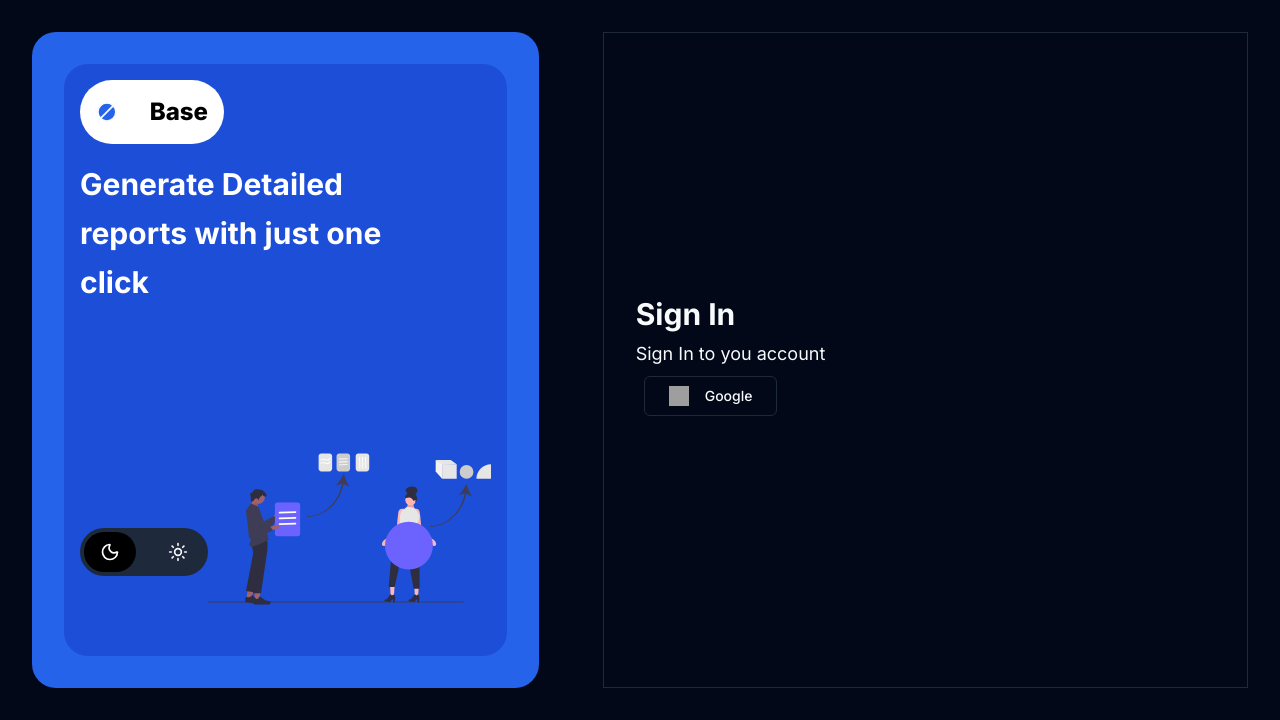
Repository: Hardyy00/openinapp_assignment
Page: /
The author's editor kept a copy of each file at every save. The page is drawn from the files as they stood at one save, then again after the next save.
The browser window is 1280 px wide. The pictures show the whole page.
Pictures or frames that could not be fetched are drawn as grey boxes. The project was rebuilt for these pictures with package versions that can differ from the ones it lists, and the page was loaded fresh each time. The framework's server and built-in components were replaced by stand-ins that run in the browser. Also part of the build but not shown: next.config.mjs.

Above is the page before, as saved 2024-08-23 16:34:39.

### app/layout.tsx
import type { Metadata } from "next";
import { Inter } from "next/font/google";
import "./globals.css";
import { ThemeProvider } from "@/components/theme-provider";
import { Switcher } from "./_components/switcher";

const inter = Inter({ subsets: ["latin"] });

export const metadata: Metadata = {
  title: "Create Next App",
  description: "Generated by create next app",
};

export default function RootLayout({
  children,
}: Readonly<{
  children: React.ReactNode;
}>) {
  return (
    <html lang="en">
      <body className={inter.className}>
        <ThemeProvider
          attribute="class"
          defaultTheme="system"
          storageKey="base"
        >
          <Switcher />
          {children}
        </ThemeProvider>
      </body>
    </html>
  );
}

### app/(auth)/layout.tsx
import { ThemeToggle } from "@/components/theme-toggle";
import { CircleSlash2 } from "lucide-react";
import Image from "next/image";
import { Intro } from "./_components/intro";
import { Navbar } from "./_components/navbar";

export default function Layout({ children }: { children: React.ReactNode }) {
  return (
    <div className="h-full w-full">
      <Navbar />
      <div className="w-full h-full flex flex-col lg:flex-row">
        <Intro />

        <div className="flex-[0.7]">{children}</div>
      </div>
    </div>
  );
}

### app/(auth)/page.tsx
import { Button } from "@/components/ui/button";
import Image from "next/image";

export default function Page() {
  return (
    <div className="h-full p-8">
      <div className="p-8 border h-full flex items-center">
        <div className="flex flex-col gap-x-4 w-[30rem]">
          <div className="space-y-2">
            <h1 className="text-foreground font-bold text-3xl">Sign In</h1>
            <p className="text-lg">Sign In to you account</p>
          </div>

          <div className="flex p-2">
            <Button
              className="flex items-center py-2 px-6 border space-x-4"
              variant={"ghost"}
            >
              <div className="w-5 h-5 relative">
                <Image src={"/google.svg"} alt="svg" fill />
              </div>

              <div>
                <p>Google</p>
              </div>
            </Button>
            <div className=""></div>
          </div>
        </div>
      </div>
    </div>
  );
}

### app/globals.css
@tailwind base;
@tailwind components;
@tailwind utilities;

html,
body,
:root {
  height: 100%;
}

::-webkit-scrollbar {
  display: none;
}

@layer base {
  :root {
    --background: 0 0% 100%;
    --foreground: 222.2 84% 4.9%;
    --card: 0 0% 100%;
    --card-foreground: 222.2 84% 4.9%;
    --popover: 0 0% 100%;
    --popover-foreground: 222.2 84% 4.9%;
    --primary: 222.2 47.4% 11.2%;
    --primary-foreground: 210 40% 98%;
    --secondary: 210 40% 96.1%;
    --secondary-foreground: 222.2 47.4% 11.2%;
    --muted: 210 40% 96.1%;
    --muted-foreground: 215.4 16.3% 46.9%;
    --accent: 210 40% 96.1%;
    --accent-foreground: 222.2 47.4% 11.2%;
    --destructive: 0 84.2% 60.2%;
    --destructive-foreground: 210 40% 98%;
    --border: 214.3 31.8% 91.4%;
    --input: 214.3 31.8% 91.4%;
    --ring: 222.2 84% 4.9%;
    --radius: 0.5rem;
    --chart-1: 12 76% 61%;
    --chart-2: 173 58% 39%;
    --chart-3: 197 37% 24%;
    --chart-4: 43 74% 66%;
    --chart-5: 27 87% 67%;
  }

  .dark {
    --background: 222.2 84% 4.9%;
    --foreground: 210 40% 98%;
    --card: 222.2 84% 4.9%;
    --card-foreground: 210 40% 98%;
    --popover: 222.2 84% 4.9%;
    --popover-foreground: 210 40% 98%;
    --primary: 210 40% 98%;
    --primary-foreground: 222.2 47.4% 11.2%;
    --secondary: 217.2 32.6% 17.5%;
    --secondary-foreground: 210 40% 98%;
    --muted: 217.2 32.6% 17.5%;
    --muted-foreground: 215 20.2% 65.1%;
    --accent: 217.2 32.6% 17.5%;
    --accent-foreground: 210 40% 98%;
    --destructive: 0 62.8% 30.6%;
    --destructive-foreground: 210 40% 98%;
    --border: 217.2 32.6% 17.5%;
    --input: 217.2 32.6% 17.5%;
    --ring: 212.7 26.8% 83.9%;
    --chart-1: 220 70% 50%;
    --chart-2: 160 60% 45%;
    --chart-3: 30 80% 55%;
    --chart-4: 280 65% 60%;
    --chart-5: 340 75% 55%;
  }
}

@layer base {
  * {
    @apply border-border;
  }
  body {
    @apply bg-background text-foreground;
  }
}

### app/_components/switcher.tsx
"use client";

import { useTheme } from "next-themes";
import { useEffect } from "react";
import { useMediaQuery } from "usehooks-ts";

export const Switcher: React.FC = () => {
  const { setTheme } = useTheme();
  const matches = useMediaQuery("(max-width:1024px)");

  useEffect(() => {
    if (matches) {
      setTheme("light");
    } else {
      setTheme("dark");
    }
  }, [matches, setTheme]);
  return null;
};

### app/(auth)/_components/intro.tsx
import { ThemeToggle } from "@/components/theme-toggle";
import { CircleSlash2 } from "lucide-react";
import Image from "next/image";

export const Intro: React.FC = () => {
  return (
    <div className="flex-[0.5] p-8 hidden lg:block">
      <div className="p-8 bg-blue-600 h-full rounded-3xl">
        <div className="p-4 bg-blue-700 h-full rounded-3xl flex flex-col gap-y-4 justify-between">
          <div className="p-4 flex items-center bg-white rounded-full w-[9rem] space-x-8">
            <CircleSlash2 className="stroke-white-600 fill-blue-600 h-7 w-7" />
            <h1 className="text-black font-extrabold text-2xl ">Base</h1>
          </div>

          <div className="w-[80%]">
            <p className="text-3xl font-bold text-wrap leading-relaxed text-white">
              Generate Detailed reports with just one click
            </p>
          </div>

          <div className=" flex h-[24rem]">
            <div className="flex-[0.3] self-end pb-16">
              <ThemeToggle className="w-[8rem]" />
            </div>
            <div className="flex-1 h-[70%] self-end  relative">
              {/* <div className="h-[70%]"> */}
              {/* <div className=" relative h-[70%] "> */}
              <Image src={"/auth.svg"} fill alt="svg" />
              {/* </div> */}
              {/* </div> */}
            </div>
          </div>
        </div>
      </div>
    </div>
  );
};

### app/(auth)/_components/navbar.tsx
import { CircleSlash2 } from "lucide-react";

export const Navbar: React.FC = () => {
  return (
    <div className="lg:hidden sticky top-0 bg-blue-600 text-black p-4">
      <div className="flex">
        <CircleSlash2 className="fill-white stroke-blue-600 h-8 w-8" />
      </div>
    </div>
  );
};

### components/ui/button.tsx
import * as React from "react";
import { Slot } from "@radix-ui/react-slot";
import { cva, type VariantProps } from "class-variance-authority";

import { cn } from "@/lib/utils";

const buttonVariants = cva(
  "inline-flex items-center justify-center whitespace-nowrap rounded-md text-sm font-medium ring-offset-background transition-colors focus-visible:outline-none focus-visible:ring-2 focus-visible:ring-ring focus-visible:ring-offset-2 disabled:pointer-events-none disabled:opacity-50",
  {
    variants: {
      variant: {
        primary: "bg-blue-600 text-primary-foreground",
        default: "bg-primary text-primary-foreground hover:bg-primary/90",
        destructive:
          "bg-destructive text-destructive-foreground hover:bg-destructive/90",
        outline:
          "border border-input bg-background hover:bg-accent hover:text-accent-foreground",
        secondary:
          "bg-secondary text-secondary-foreground hover:bg-secondary/80",
        ghost: "hover:bg-accent hover:text-accent-foreground",
        link: "text-primary underline-offset-4 hover:underline",
      },
      size: {
        default: "h-10 px-4 py-2",
        sm: "h-9 rounded-md px-3",
        lg: "h-11 rounded-md px-8",
        icon: "h-10 w-10",
      },
    },
    defaultVariants: {
      variant: "default",
      size: "default",
    },
  }
);

export interface ButtonProps
  extends React.ButtonHTMLAttributes<HTMLButtonElement>,
    VariantProps<typeof buttonVariants> {
  asChild?: boolean;
}

const Button = React.forwardRef<HTMLButtonElement, ButtonProps>(
  ({ className, variant, size, asChild = false, ...props }, ref) => {
    const Comp = asChild ? Slot : "button";
    return (
      <Comp
        className={cn(buttonVariants({ variant, size, className }))}
        ref={ref}
        {...props}
      />
    );
  }
);
Button.displayName = "Button";

export { Button, buttonVariants };

### components/theme-toggle.tsx
"use client";

import { Moon, Sun } from "lucide-react";
import { useTheme } from "next-themes";
import { Button } from "./ui/button";
import { cn } from "@/lib/utils";
import { useState } from "react";

interface ToggleThemeProps {
  className?: string;
}

export const ThemeToggle: React.FC<ToggleThemeProps> = ({ className = "" }) => {
  const { setTheme } = useTheme();
  const [on, setOn] = useState<String>("moon");

  const handleClick = (type: string) => {
    if (type === "sun") {
      setOn("sun");
      setTheme("light");
    } else {
      setOn("moon");
      setTheme("dark");
    }
  };

  return (
    <div className={cn("w-[10rem] p-1 rounded-full bg-secondary", className)}>
      <div className="flex w-full items-center justify-between">
        <Button
          variant={"ghost"}
          className={cn(
            "p-4 rounded-[4rem] transition-all",
            on === "moon" && "bg-black text-white"
          )}
          onClick={() => handleClick("moon")}
        >
          <Moon className="h-5 w-5" />
        </Button>

        <Button
          variant={"ghost"}
          className={cn(
            "p-4 rounded-[4rem] hover:bg-white hover:text-black transition-all",
            on === "sun" && "bg-white text-black"
          )}
          onClick={() => handleClick("sun")}
        >
          <Sun className="h-5 w-5" />
        </Button>
      </div>
    </div>
  );
};

Loaded but not shown: components/theme-provider.tsx (common file); lib/utils.ts (common file); tailwind.config.ts (common file)

After the next save:
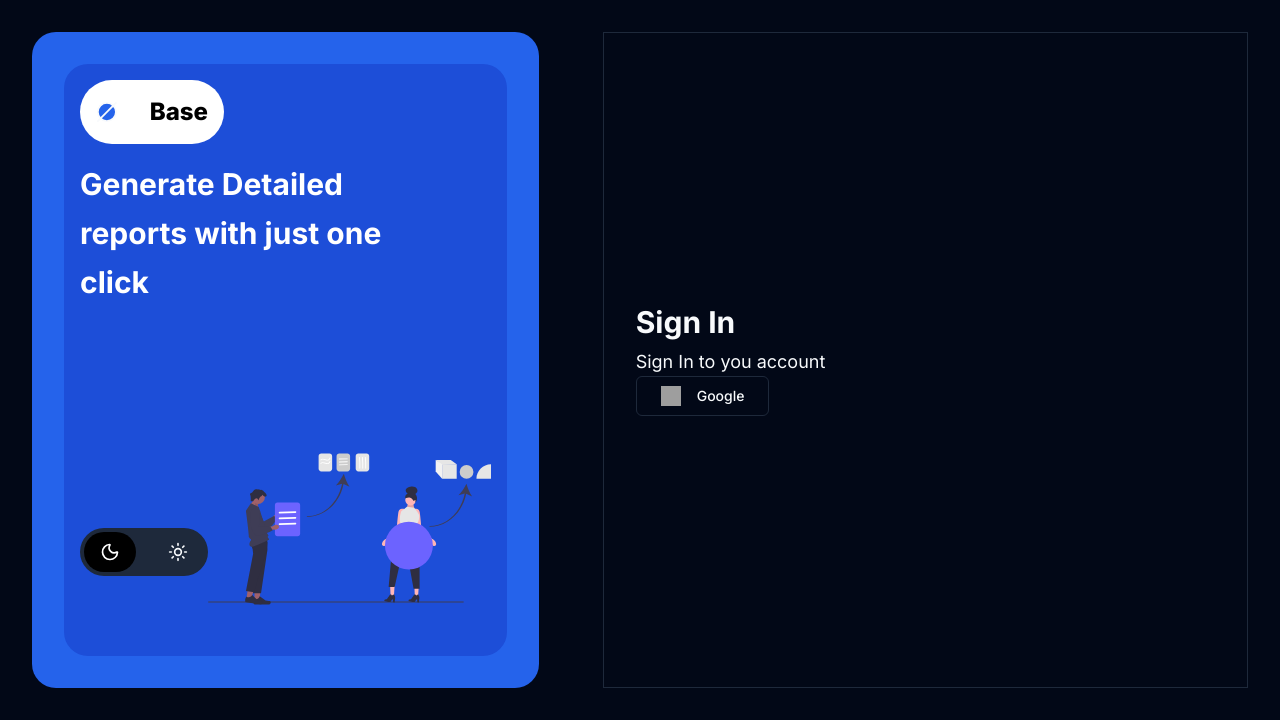
Saved 12 s later.
--- a/app/(auth)/page.tsx
+++ b/app/(auth)/page.tsx
@@ -11,7 +11,7 @@ export default function Page() {
             <p className="text-lg">Sign In to you account</p>
           </div>
 
-          <div className="flex p-2">
+          <div className="flex">
             <Button
               className="flex items-center py-2 px-6 border space-x-4"
               variant={"ghost"}
